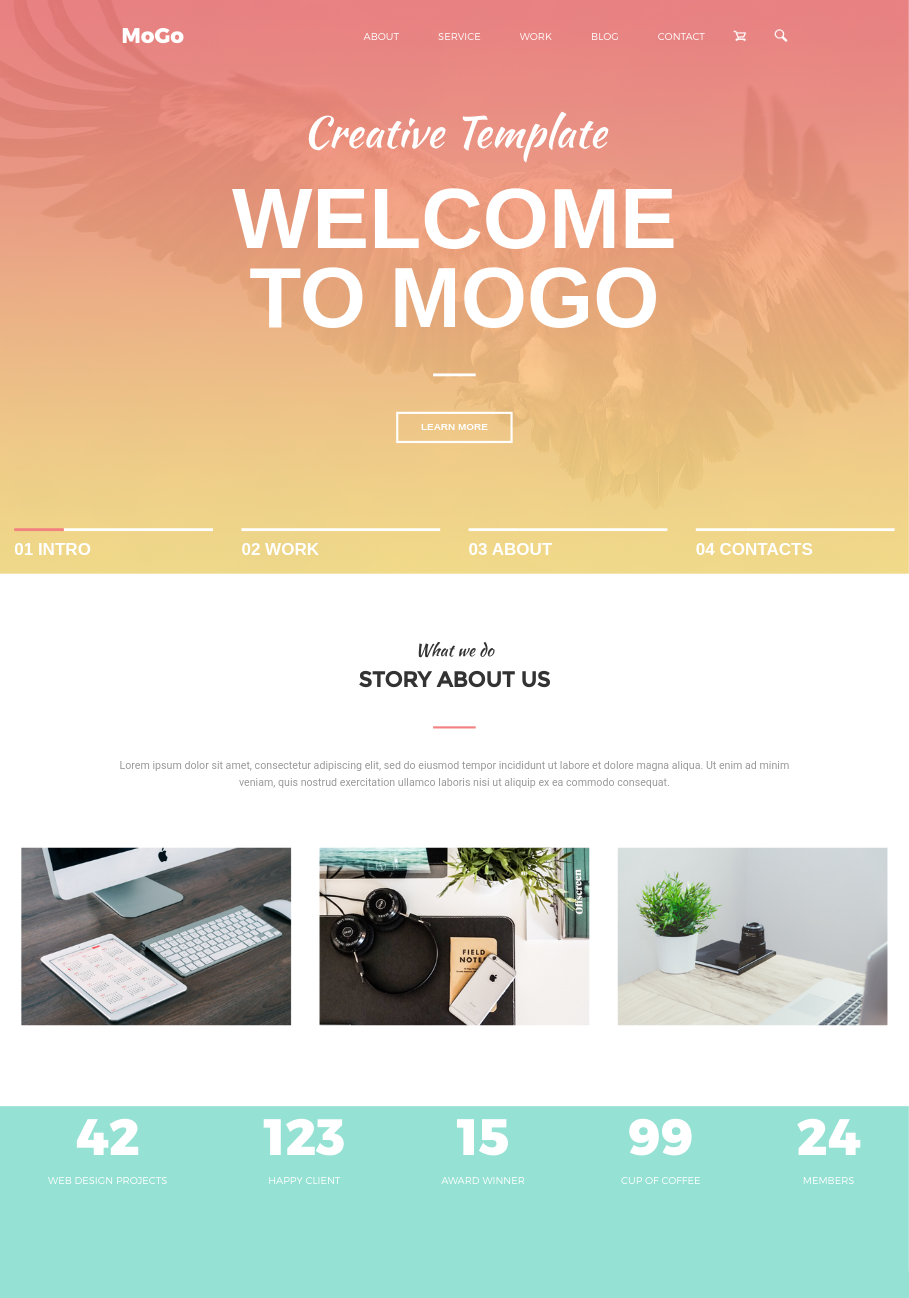
Repository: RaffiBarseghyan/mogo
Page: /
An editor plug-in stored every save of this project. The page is shown before and after the next save, followed by the edit.
The browser window is 1280 px wide. The pictures show the whole page, at 71% of full size.
The project was rebuilt for these pictures with package versions that can differ from the ones it lists, and the page was loaded fresh each time.

Above is the page before, as saved 2023-05-11 17:53:29.

After the next save:
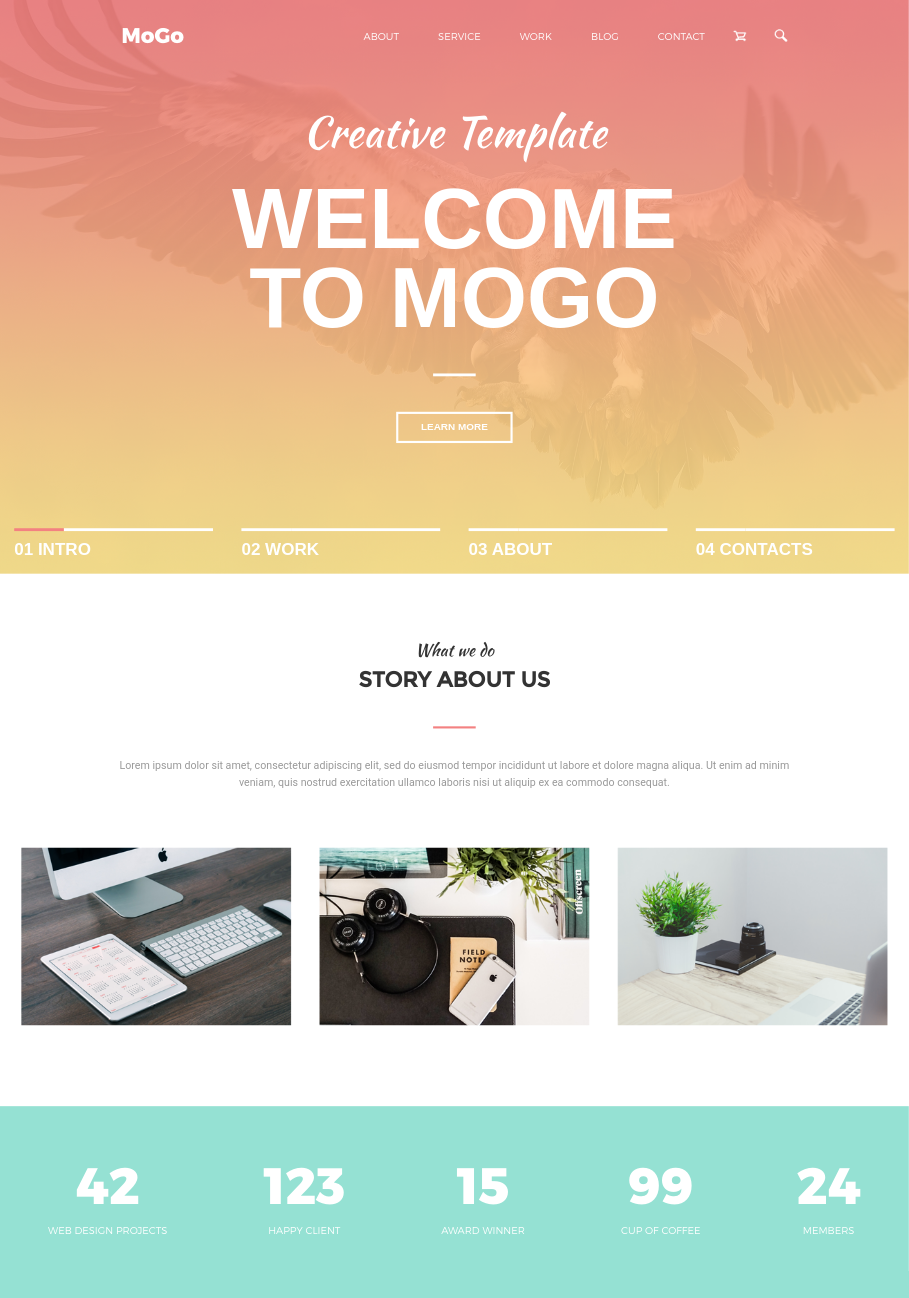
Saved 6 s later.
--- a/src/Pages/AboutUs/aboutUs.jsx
+++ b/src/Pages/AboutUs/aboutUs.jsx
@@ -37,7 +37,7 @@ function AboutUs() {
         </div>
       </div>
 
-      <div className={`${style.aboutUsFooter} d-flex justify-content-around align-`}>
+      <div className={`${style.aboutUsFooter} d-flex justify-content-around align-items-center`}>
         <div>
             <h2>42</h2>
             <p>Web Design Projects</p>
